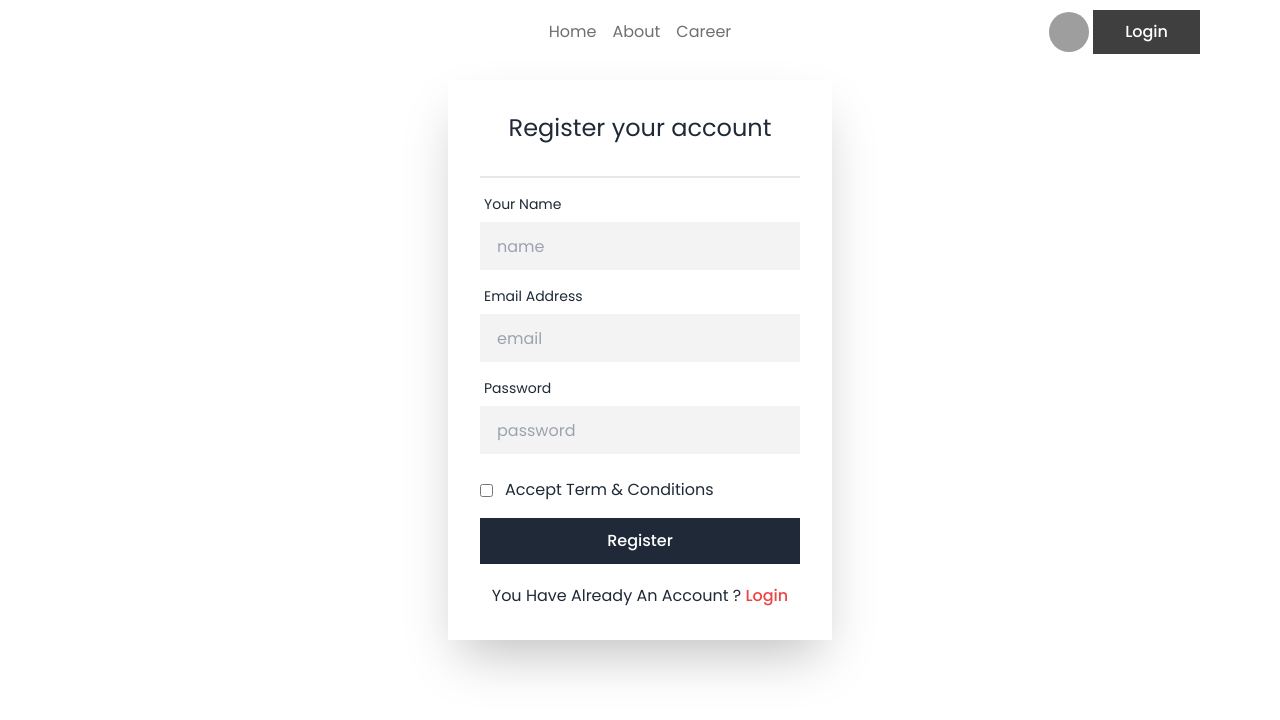
Repository: ShouravAhammed/react-dragon-news-auth
Page: /register
These files come from the project's save history. The page is drawn as it stood at one moment and after the next save; the edit follows.
The browser window is 1280 px wide. The pictures show the whole page.
Pictures or frames that could not be fetched are drawn as grey boxes. The project was rebuilt for these pictures with package versions that can differ from the ones it lists, and the page was loaded fresh each time. Also part of the build but not shown: vite.config.js, src/pages/BreakingNews/BreakingNews.jsx, src/pages/Shared/Header/Header.jsx, src/pages/Shared/LeftSideNav/LeftSideNav.jsx, src/Components/btnLogin/BtnLogin.jsx, src/pages/Shared/RIghtSideNav/RightSideNav.jsx, src/pages/Home/Home.jsx, src/pages/About/About.jsx and 2 more.

Above is the page before, as saved 2024-04-14 03:27:08.

### src/main.jsx
import React from 'react'
import ReactDOM from 'react-dom/client'
import './index.css'
import { RouterProvider } from 'react-router-dom'
import router from './Routes/Routes.jsx'

ReactDOM.createRoot(document.getElementById('root')).render(
  <React.StrictMode>
    <RouterProvider router={router}/>
  </React.StrictMode>,
)

### src/Routes/Routes.jsx
import Root from "../layout/Root";

import {
    createBrowserRouter,
  } from "react-router-dom";
import Home from "../pages/Home/Home";
import About from "../pages/About/About";
import Career from "../pages/Career/Career";
import Login from "../pages/Login/Login";
import Register from "../pages/Register/Register";

const router = createBrowserRouter([
    {
        path: '/',
        element: <Root></Root>,
        children: [
            {

                path: '/',
                element: <Home></Home>,
            },
            {

                path: '/about',
                element: <About></About>,
            },
            {

                path: '/career',
                element: <Career></Career>,
            },
            {

                path: '/login',
                element: <Login></Login>,
            },
            {

                path: '/register',
                element: <Register></Register>,
            },

        ]
    }
])

export default router;

### src/layout/Root.jsx
import { Outlet } from "react-router-dom";


const Root = () => {
    return (
        <div className="max-w-6xl mx-auto font-poppins px-2">
            <Outlet></Outlet>
        </div>
    );
};

export default Root;

### src/pages/Register/Register.jsx
import { Link } from "react-router-dom";
import Navbar from "../Shared/Navbar/Navbar";

const Register = () => {
    return (
        <div>
            <Navbar></Navbar>

            <div className="">
  <div className="hero-content">
    <div className="card rounded-none w-full max-w-sm shadow-2xl">

      <form className="card-body">
        <h3 className="text-center pb-8 border-b-2 text-2xl">Register your account</h3>
        <div className="form-control">
          <label className="label">
            <span className="label-text">Your Name</span>
          </label>
          <input type="text" id="name" name="name" placeholder="name" className="input rounded-none bg-[#F3F3F3]" required />
        </div>
        <div className="form-control">
          <label className="label">
            <span className="label-text">Email Address</span>
          </label>
          <input type="email" id="email" name="email" placeholder="email" className="input rounded-none bg-[#F3F3F3]" required />
        </div>
        <div className="form-control">
          <label className="label">
            <span className="label-text">Password</span>
          </label>
          <input type="password" id="password" name="password" placeholder="password" className="input bg-[#F3F3F3] rounded-none" required />
        </div>
        <div className="mt-2 flex items-center gap-2">
            <input className="text-2xl" type="checkbox" name="checked" id="checked" /><label className="label">Accept Term & Conditions</label>
        </div>
        <div className="form-control">
        <button
        className="w-full px-8 py-2.5 relative group overflow-hidden font-medium bg-gray-800 text-white inline-block border-gray-800 border"
      >
        <span className="absolute top-0 left-0 flex w-full h-0 mb-0 transition-all duration-200 ease-out transform translate-y-0 bg-white group-hover:h-full"></span>
        <span className="relative group-hover:text-gray-800">Register</span>
      </button>
        </div>
        <p className="text-center mt-3"> You Have Already An Account ? <Link className="font-medium text-red-500" to={'/login'}>Login</Link></p>
      </form>

    </div>
  </div>
</div>

        </div>
    );
};

export default Register;

### src/pages/Shared/Navbar/Navbar.jsx
import { Link, NavLink } from "react-router-dom";
import DefaultUser from '../../../assets/user.png'

const Navbar = () => {

    const navLinks =
    <>
        <li><NavLink to={'/'} className={({isActive}) => isActive ? 'text-[#D72050]' : 'text-[#706F6F]'}>Home</NavLink></li>
        <li><NavLink to={'/about'} className={({isActive}) => isActive ? 'text-[#D72050]' : 'text-[#706F6F]'}>About</NavLink></li>
        <li><NavLink to={'/career'} className={({isActive}) => isActive ? 'text-[#D72050]' : 'text-[#706F6F]'}>Career</NavLink></li>
    </>

    return (
        <div>
            <div className="navbar">
  <div className="navbar-start">
    <div className="dropdown">
      <div tabIndex={0} role="button" className="btn btn-ghost lg:hidden">
        <svg xmlns="http://www.w3.org/2000/svg" className="h-5 w-5" fill="none" viewBox="0 0 24 24" stroke="currentColor"><path strokeLinecap="round" strokeLinejoin="round" strokeWidth="2" d="M4 6h16M4 12h8m-8 6h16" /></svg>
      </div>
      <ul tabIndex={0} className=" menu-sm dropdown-content mt-3 z-[1] p-2 shadow bg-base-100 rounded-box w-52 text-[#706F6F] font-normal text-[18px]">
        {navLinks}
      </ul>
    </div>
  </div>
  <div className="navbar-center hidden lg:flex">
    <ul className="flex justify-center items-center gap-4 menu-horizontal px-1">
      {navLinks}
    </ul>
  </div>
  <div className="navbar-end">
  <div tabIndex={0} role="button" className="btn btn-ghost btn-circle avatar">
        <div className="w-10 rounded-full">
          <img alt="Tailwind CSS Navbar component" src={DefaultUser} />
        </div>
      </div>

  <Link to={'/login'}
        className="px-8 py-2.5 relative group overflow-hidden font-medium bg-[#403F3F] text-white inline-block"
      >
        <span className="absolute top-0 left-0 flex w-full h-0 mb-0 transition-all duration-200 ease-out transform translate-y-0 bg-gray-50 group-hover:h-full"></span>
        <span className="relative group-hover:text-[#403F3F]">Login</span>
      </Link>
  </div>
</div>
        </div>
    );
};

export default Navbar;

### tailwind.config.js
/** @type {import('tailwindcss').Config} */
export default {
  content: [
    "./index.html",
    "./src/**/*.{js,ts,jsx,tsx}",
  ],
  theme: {
    extend: {
      fontFamily: {
        poppins: '"Poppins", sans-serif;', // Adds a new `font-display` class
      }
    }
  },
  plugins: [require("daisyui")],
}

Loaded but not shown: index.html (common file); src/index.css (common file)

After the next save:
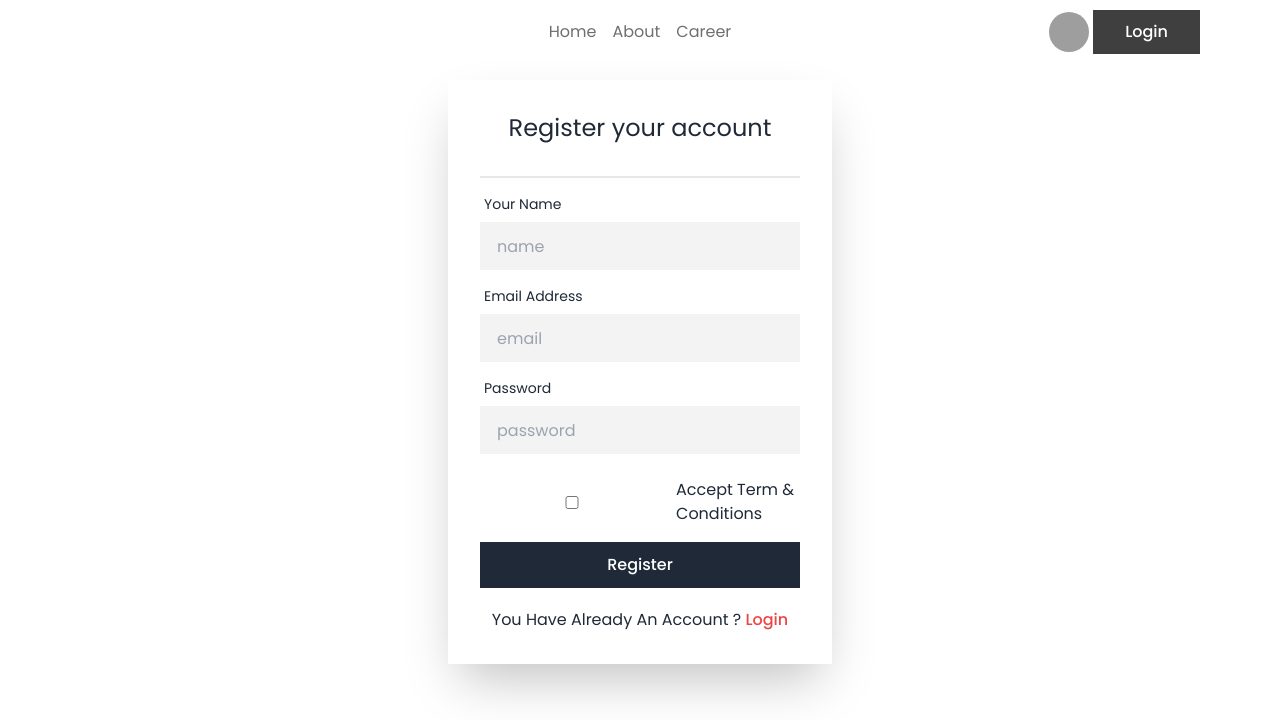
Saved 17 s later.
--- a/src/pages/Register/Register.jsx
+++ b/src/pages/Register/Register.jsx
@@ -31,7 +31,7 @@
           <input type="password" id="password" name="password" placeholder="password" className="input bg-[#F3F3F3] rounded-none" required />
         </div>
         <div className="mt-2 flex items-center gap-2">
-            <input className="text-2xl" type="checkbox" name="checked" id="checked" /><label className="label">Accept Term & Conditions</label>
+            <input className="w-full" type="checkbox" name="checked" id="checked" /><label className="label">Accept Term & Conditions</label>
         </div>
         <div className="form-control">
         <button

After the save that followed:
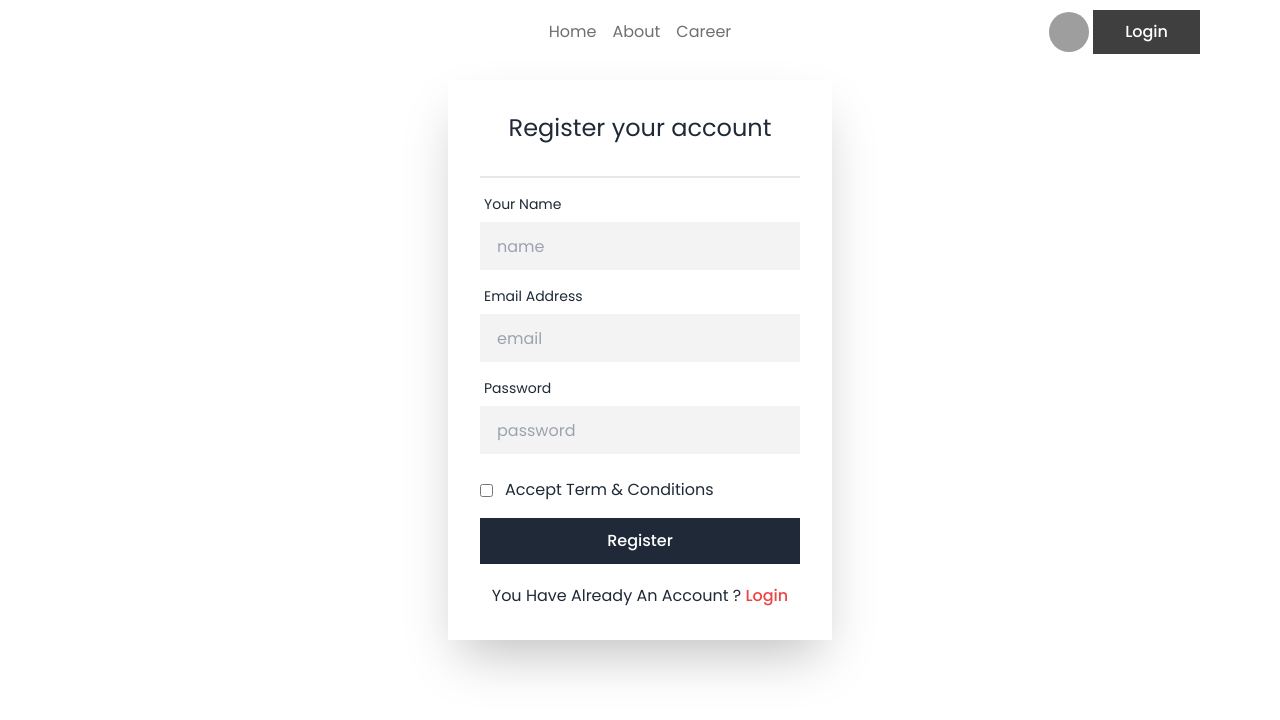
Saved 18 s later.
--- a/src/pages/Register/Register.jsx
+++ b/src/pages/Register/Register.jsx
@@ -31,7 +31,7 @@
           <input type="password" id="password" name="password" placeholder="password" className="input bg-[#F3F3F3] rounded-none" required />
         </div>
         <div className="mt-2 flex items-center gap-2">
-            <input className="w-full" type="checkbox" name="checked" id="checked" /><label className="label">Accept Term & Conditions</label>
+            <input className="text-2xl" type="checkbox" name="checked" id="checked" /><label className="label">Accept Term & Conditions</label>
         </div>
         <div className="form-control">
         <button
